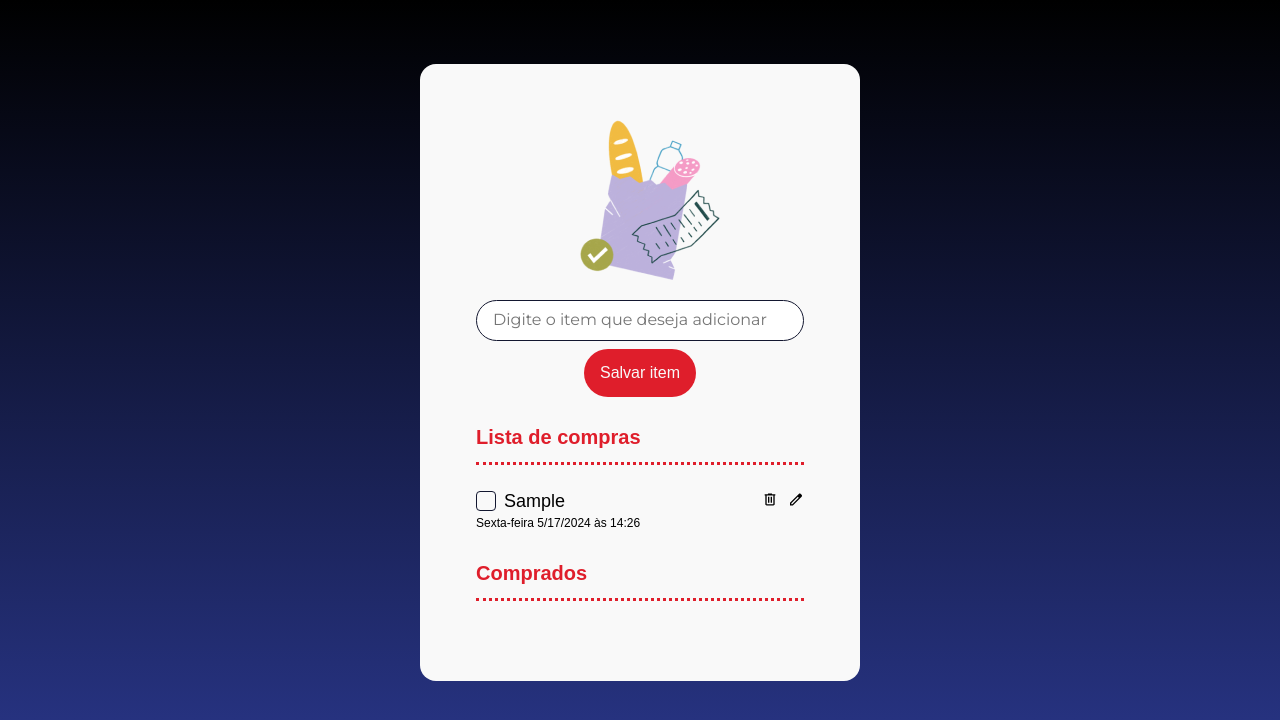
Repository: joaoPraiaJunior/compras_js
Page: index.html
An editor plug-in stored every save of this project. The page is shown before and after the next save, followed by the edit.
The browser window is 1280 px wide. The pictures show the whole page.
Empty fields were first filled with sample values (such as "Sample", 5 or name@example.com).
After loading, the first visible `form.compras` was submitted once.
Some web fonts or font styles are not loaded; a fallback is used.

Above is the page before, as saved 2024-08-23 19:20:33.

After the next save:
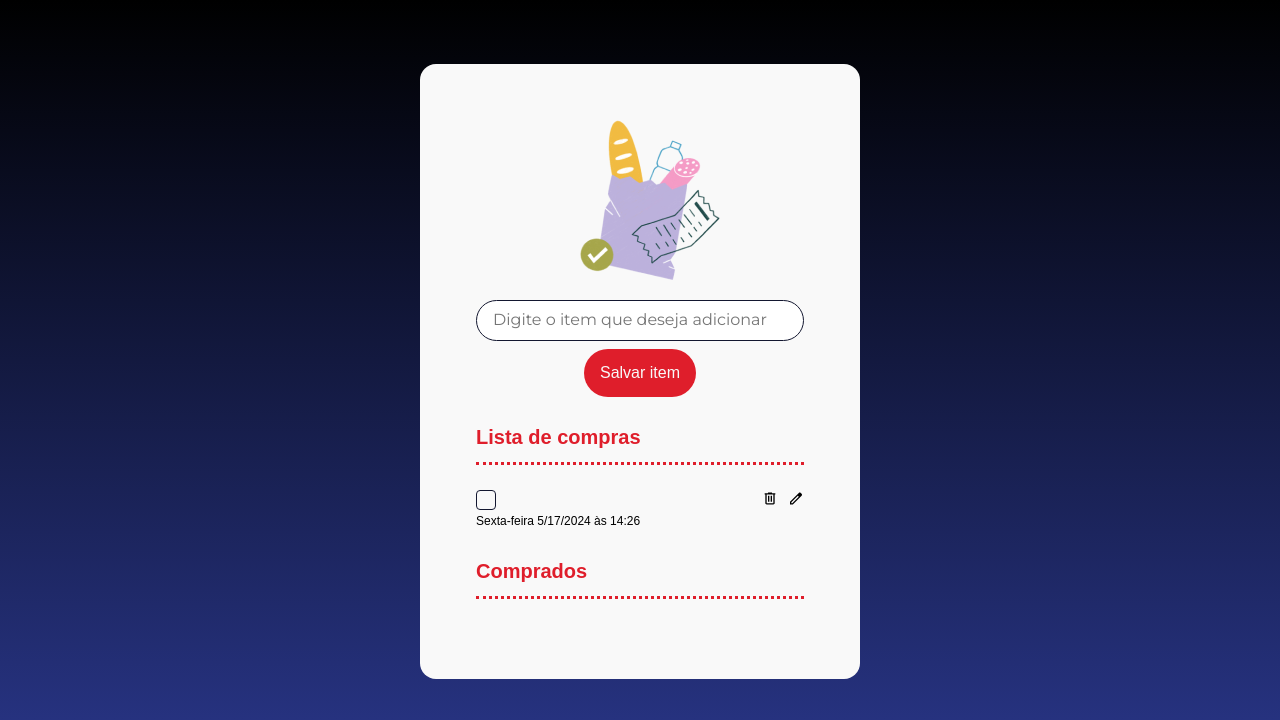
Saved 116 s later.
--- a/js/modulos/criarItemDaLista.js
+++ b/js/modulos/criarItemDaLista.js
@@ -9,6 +9,7 @@
     const divContainer = document.createElement('div');
     const divListaDeCompras = document.createElement('div');
     const labelDoCheckbox = document.createElement('label');
+    const spanDoLabel = document.createElement('span');
     const inputCheckbox = document.createElement('input');
     const checkBoxCustomizado = document.createElement('span');
     const divBotao = document.createElement('div');
@@ -45,7 +46,7 @@
     liDaLista.appendChild(divContainer);
     divContainer.appendChild(divListaDeCompras);
     divListaDeCompras.appendChild(labelDoCheckbox);
-    labelDoCheckbox.textContent = `${textoCapitalizado(itemDeCompra)}`;
+    spanDoLabel.textContent = `${textoCapitalizado(itemDeCompra)}`;
     labelDoCheckbox.appendChild(inputCheckbox);
     labelDoCheckbox.appendChild(checkBoxCustomizado);
     divContainer.appendChild(divBotao);
